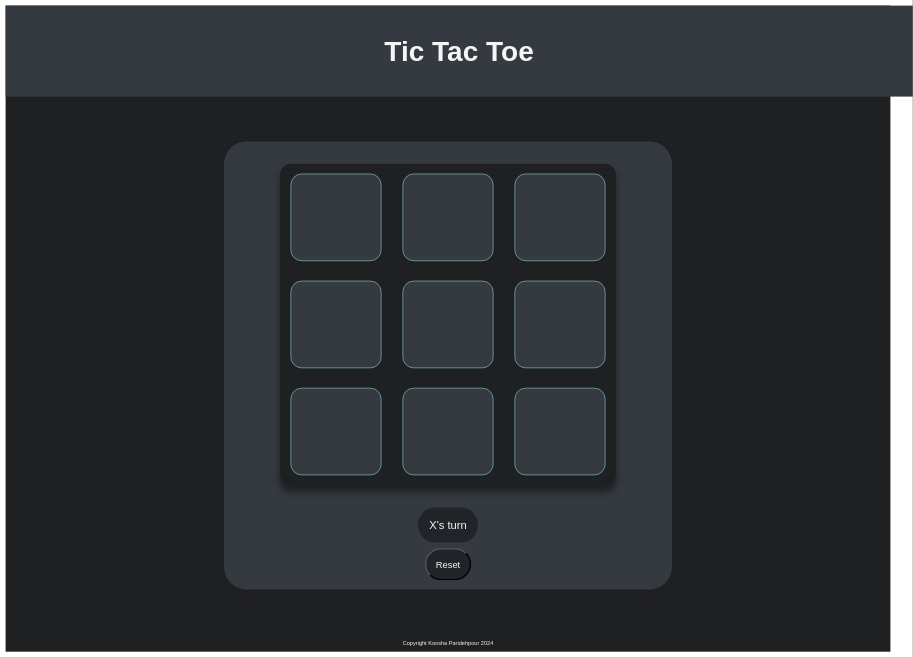
Repository: KooshaPari/odin-TTT
Page: index.html
These files come from the project's save history. The page is drawn as it stood at one moment and after the next save; the edit follows.
The browser window is 1280 px wide. The page is 1304 px wide, so the pictures cover 1304 px, including what lies to the right of the window. The pictures show the part of the page from y = 0 to 1880 px (the page is 939 px tall before and 3888 px after), at 70% of full size.

Above is the page before, as saved 2024-03-15 00:26:19.

### index.html
<!doctype html>
<html lang="en">
  <head>
    <meta charset="UTF-8" />

    <link rel="stylesheet" href="./style.css" />
    <meta name="viewport" content="width=device-width, initial-scale=1.0" />
    <title>Document</title>
  </head>
  <body>
    <div id="parent">
      <div id="header">
        <h1>Tic Tac Toe</h1>
      </div>
      <div id="body">
        <div id="game">
          <div id="board">
            <div class="square" id="0"></div>
            <div class="square" id="1"></div>
            <div class="square" id="2"></div>
            <div class="square" id="3"></div>
            <div class="square" id="4"></div>
            <div class="square" id="5"></div>
            <div class="square" id="6"></div>
            <div class="square" id="7"></div>
            <div class="square" id="8"></div>
          </div>
          <div id="status">X's turn</div>
          <button id="reset">Reset</button>
        </div>
      </div>
      <div id="footer">
        <p>Copyright Koosha Paridehpour 2024</p>
      </div>
    </div>
  </body>
  <script src="./lib.js"></script>
</html>

### style.css
* {
  font-family: sans-serif;
}
#parent {
  background-color: #1f2022;
  width: 100%;
  height: 100%;
}
#header {
  background-color: #353a40;
  padding: 1.25%;
  width: 100%;
  height: 100%;
}
#header h1 {
  color: #f6f5f5;

  font-size: 2.5em;
}
#footer p {
  color: #f6f5f5;
  font-size: 0.5em;
}

#header,
#footer,
#body {
  display: flex;
  align-items: center;
  justify-content: center;
}
#title {
  color: #f6f5f5;
}
#body {
  flex-direction: column;
}
#game {
  transition: 2.5s ease-in-out;
  display: flex;
  flex-direction: column;
  justify-content: center;
  align-items: center;
  background-color: #353a40;
  border-radius: 2em;
  margin: 5vw;
  box-shadow: 0px 10px 10px #1f2022;
  width: 50vw;
  height: 50vw;
  -webkit-border-radius: 2em;
  -moz-border-radius: 2em;
  -ms-border-radius: 2em;
  -o-border-radius: 2em;
  -webkit-transition: 2.5s ease-in-out;
  -moz-transition: 2.5s ease-in-out;
  -ms-transition: 2.5s ease-in-out;
  -o-transition: 2.5s ease-in-out;
}
#board {
  display: grid;
  grid-template-columns: 1fr 1fr 1fr;
  width: 75%;
  transition: 1s ease-in-out;
  height: 75%;
  background-color: #1f2022;
  border-radius: 1em;
  margin: 2em;

  align-items: center;
  justify-content: center;
  box-shadow: 0px 10px 10px #1f2022;
  -webkit-border-radius: 1em;
  -moz-border-radius: 1em;
  -ms-border-radius: 1em;
  -o-border-radius: 1em;
  -webkit-transition: 1s ease-in-out;
  -moz-transition: 1s ease-in-out;
  -ms-transition: 1s ease-in-out;
  -o-transition: 1s ease-in-out;
}
#board:hover {
  transform: scale(1.025) translate(0, -1em);
  transition: 0.5s ease-in-out;
  -webkit-transform: scale(1.025) translate(0, -1em);
  -moz-transform: scale(1.025) translate(0, -1em);
  -ms-transform: scale(1.025) translate(0, -1em);
  -o-transform: scale(1.025) translate(0, -1em);
  -webkit-transition: 0.5s ease-in-out;
  -moz-transition: 0.5s ease-in-out;
  -ms-transition: 0.5s ease-in-out;
  -o-transition: 0.5s ease-in-out;
}
#game:hover {
  transform: scale(1.05) translate(0, -0.5em);
  transition: 5s ease-in-out;
  -webkit-transform: scale(1.05) translate(0, -0.5em);
  -moz-transform: scale(1.05) translate(0, -0.5em);
  -ms-transform: scale(1.05) translate(0, -0.5em);
  -o-transform: scale(1.05) translate(0, -0.5em);
  -webkit-transition: 5s ease-in-out;
  -moz-transition: 5s ease-in-out;
  -ms-transition: 5s ease-in-out;
  -o-transition: 5s ease-in-out;
}
.square {
  transition 0.4s ease-in-out;
  justify-self: center;
  border: 0.1px solid #7ebab5;
  width: 80%;
  flex: 0;
    color:#7ebab5;
  border-radius: 1em;
  height: 80%;
  background-color: #353a40;
  text-align: center;
  justify-content: center;
  display: flex;
  cursor: pointer;
  align-items: center;
  white-space: nowrap;
}
.square p {
  font-size: 4em;
  color: #7ebab5;
  font-weight: bold;
  overflow: hidden;
  align-self: center;
  justify-self: center;
  text-align: center;
  padding: 0;
  margin: 0;
  display: inline;
}
.square:hover {
  transform: scale(1.05) translate(0, -0.5em);
  background-color: #454a50;
  transition: 0.4s ease-in-out;

}
.square:active{
  transform: scale(1.1) translate(0, 0.5em);
  background-color: #151a30;
  transition:0.2s ease-in-out;
  -webkit-transition:0.2s ease-in-out;
  -moz-transition:0.2s ease-in-out;
  -ms-transition:0.2s ease-in-out;
  -o-transition:0.2s ease-in-out;
  -webkit-transform: scale(1.1) translate(0, 0.5em);
  -moz-transform: scale(1.1) translate(0, 0.5em);
  -ms-transform: scale(1.1) translate(0, 0.5em);
  -o-transform: scale(1.1) translate(0, 0.5em);
}
#status{ padding:1em; background-color:#212529; color:#f6f5f5; border-radius:2em; margin:0.5em; margin-top: 0; }
#reset{ padding:1em; background-color:#212529; color:#f6f5f5; border-radius:2em;  margin-bottom: 1em;;}
/* CSS code to define the animation */

@keyframes raise {
  0% { transform: translate(0, 0); background-color: #353a40;}
  50% { transform: translate(0, -0.5em); background-color: #555a60;}
  100% { transform: translate(0, 0);background-color: #353a40; }
}

.animationClass {
  animation: raise 2s ;
  -webkit-animation: raise 2s ;
}

### lib.js
let board = [0, 0, 0, 0, 0, 0, 0, 0, 0]
let status = document.getElementById('status')
let gameS = false
function playTTT(square) {
  square.textContent = 'X'
  board[square.id] = 'X'
  comPlay()
  console.log(board)
  let res = checkWin()
  if (res != false) {
    gameS = true
    console.log('WIN?', res)
    if (res == 'O') {
      status.textContent = 'Computer wins'
    } else {
      status.textContent = 'You win'
    }
  }
  for (let i = 0; i < 9; i++) {
    if (board[i] == 0) {
      return
    }
  }
  status.textContent = 'Draw'
}
const squares = document.querySelectorAll('.square')
squares.forEach((square) =>
  square.addEventListener('click', () => {
    if (board[square.id] == '0' && !gameS) {
      playTTT(square)
    }
  })
)
function checkWin() {
  if (board[0] != '0' && board[0] === board[1] && board[0] === board[2]) {
    console.log(board[0] + ' wins')
    return board[0]
  }
  if (board[3] != '0' && board[3] === board[4] && board[3] === board[5]) {
    console.log(board[3] + ' wins')
    return board[3]
  }
  if (board[6] != '0' && board[6] === board[7] && board[6] === board[8]) {
    console.log(board[6] + ' wins')
    return board[6]
  }
  if (board[0] != '0' && board[0] === board[3] && board[0] === board[6]) {
    console.log(board[0] + ' wins')
    return board[0]
  }
  if (board[1] != '0' && board[1] === board[4] && board[1] === board[7]) {
    console.log(board[1] + ' wins')
    return board[1]
  }
  if (board[2] != '0' && board[2] === board[5] && board[2] === board[8]) {
    console.log(board[2] + ' wins')
    return board[2]
  }
  if (board[0] != '0' && board[0] === board[4] && board[0] === board[8]) {
    console.log(board[0] + ' wins')
    return board[0]
  }
  if (board[2] != '0' && board[2] === board[4] && board[2] === board[6]) {
    console.log(board[2] + ' wins')
    return board[2]
  }
  return false
}
function comPlay() {
  let com = 0
  let full = true
  for (let i = 0; i < 9; i++) {
    if (board[i] == 0) {
      full = false
      break
    }
  }
  if (full == true) {
    return
  }
  while (board[com] != 0) {
    com = Math.floor(Math.random() * 9)
  }
  //console.log(com)
  board[com] = 'O'
  let comSq = document.getElementById(com)
  //console.log(comSq)
  comSq.textContent = 'O'
  comSq.classList.add('animationClass')
}

let reset = document.getElementById('reset')
reset.addEventListener('click', () => {
  resetBtn()
})
function resetBtn() {
  for (let i = 0; i < 9; i++) {
    board[i] = 0
  }
  gameS = false
  squares.forEach((square) => {
    square.textContent = ''
    square.classList.remove('animationClass')
  })
  status.textContent = "X's turn"
}

After the next save:
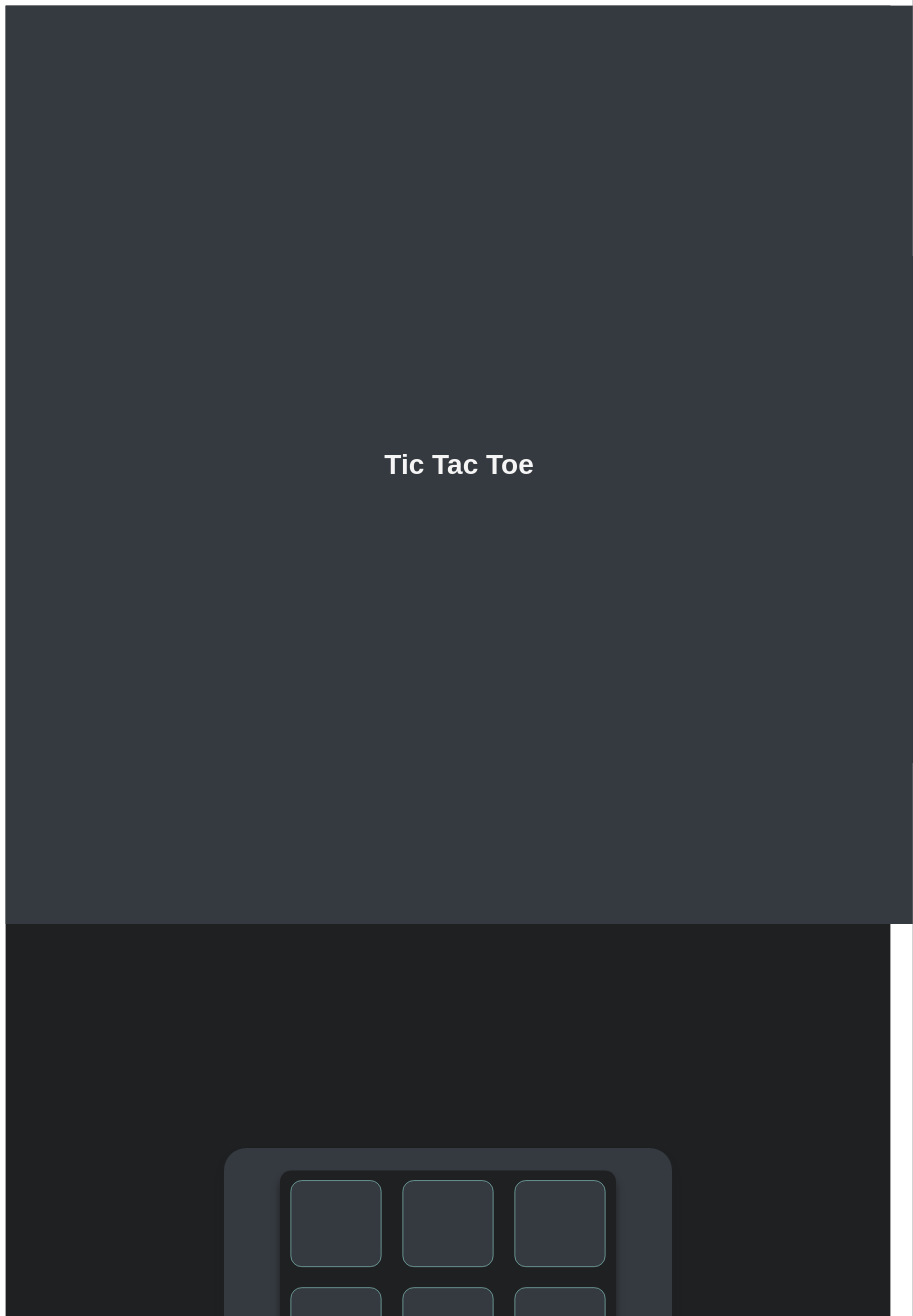
Saved 12 s later.
--- a/style.css
+++ b/style.css
@@ -25,6 +25,7 @@
 #header,
 #footer,
 #body {
+  height:100vw;
   display: flex;
   align-items: center;
   justify-content: center;
